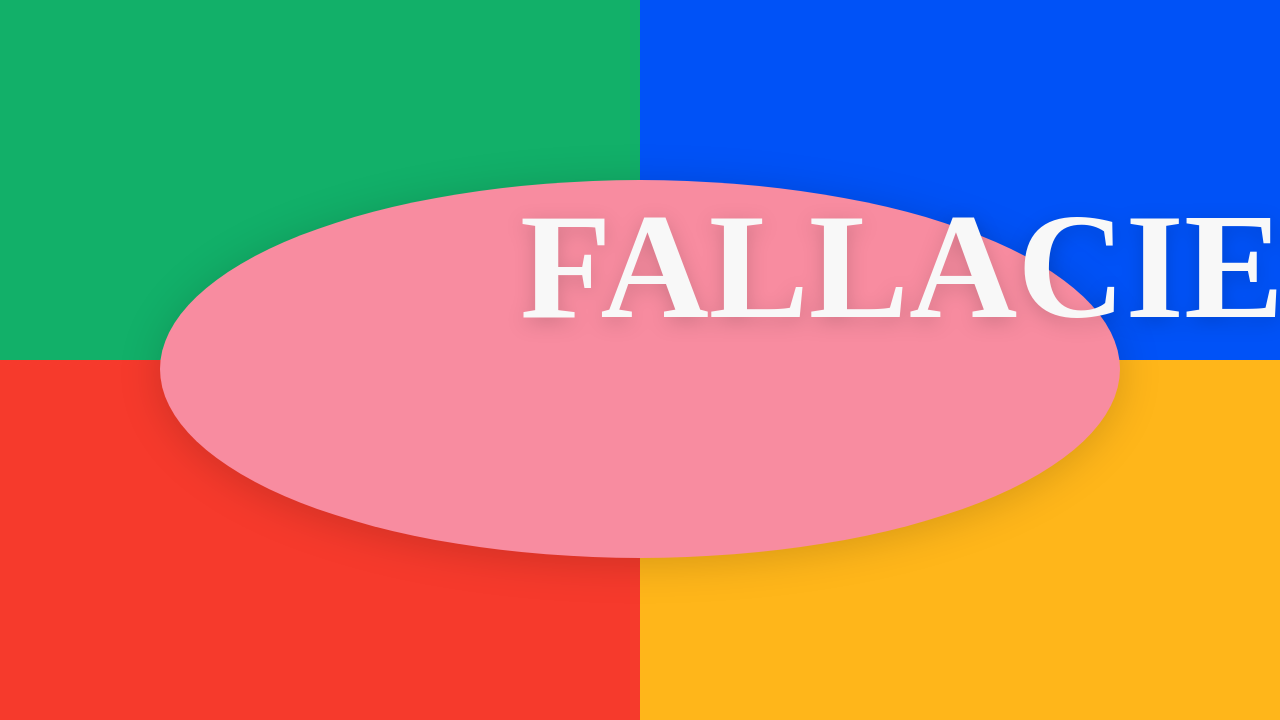
Repository: yafugray/fallacies
Page: project/Midterm project/index.html
An editor plug-in stored every save of this project. The page is shown before and after the next save, followed by the edit.
The browser window is 1280 px wide. The pictures show the whole page.

Above is the page before, as saved 2020-03-12 15:00:41.

### project/Midterm project/index.html
<!DOCTYPE html>
<html lang="en">
<head>
    <meta charset="UTF-8">
    <meta name="viewport" content="width=device-width, initial-scale=1.0">
    <title>Fallacies</title>
    <link href="app.css" rel="stylesheet">
</head>
<body>
    <div id="Mainpage">
        <div id="rec1"></div>
        <div id="rec2"></div>
        <div id="rec3"></div>
        <div id="rec4"></div>
        <div id="group1">
            <svg class="ellipse">
                <ellipse fill="rgba(248,140,160,1)" id="Ellipse_8" rx="75%" ry="75%" cx="50%" cy="75%">
                </ellipse>
            </svg>
            <div id="fallacies">
                <span>FALLACIES</span>
            </div>
        </div>
    </div>
</body>
</html>

### project/Midterm project/app.css
* {
    margin: 0;
    padding: 0;
    box-sizing: border-box;
    border: none;
}

#Mainpage {
    position: absolute;
    width: 100vw;
    height: 100vh;
    background-color: azure;
    overflow: hidden;
}
@keyframes fadein {

    0% {
        opacity: 0;
    }
    100% {
        opacity: 1;
    }

}

#rec1 {
	position: absolute;
	overflow: visible;
	width: 50vw;
	height: 50vh;
	left: 0px;
    top: 0px;
    background-color: rgba(18,176,105,1);
}
#rec4 {
	position: absolute;
	overflow: visible;
	width: 50vw;
	height: 50vh;
	left: 0px;
    bottom: 0px;
    background-color: rgba(246,58,44,1);
}
#rec2 {
	position: absolute;
	overflow: visible;
	width: 50vw;
	height: 50vh;
	right: 0px;
    top: 0px;
    background-color: rgba(0,82,247,1);
}
#rec3 {
	position: absolute;
	overflow: visible;
	width: 50vw;
	height: 50vh;
	right: 0px;
    bottom: 0px;
    background-color: rgba(255,182,26,1);
}

#group1 {
    position: absolute;
	width: 70vw;
	height: 35vh;
    left: 25%;
    right: 25%;
    top: 25%;
    bottom: 25%;
	overflow: visible;
	--web-animation: fadein 0.3s ease-out;
	--web-action-type: page;
	--web-action-target: custom___2.html;
	cursor: pointer;
}

.ellipse {
    filter: drop-shadow(0px 5px 20px rgba(0, 0, 0, 0.161));
	position: absolute;
	overflow: visible;
	width: 50vw;
	height: 35vh;
    left: 0px;
    right:0px;
    top: 0px;
    bottom: 0px;
}

#fallacies {
    filter: drop-shadow(0px 5px 10px rgba(0, 0, 0, 0.161));
    position: absolute;
    align-items: center;
    justify-content: center;
    right: 20%;
    left: 20%;
    width: 889px;
    overflow: visible;
    white-space: nowrap;
    text-align: center;
    font-family: TitlingGothicFB Narrow;
    font-style: normal;
    font-weight: bold;
    font-size: 150px;
    color: rgba(248,248,248,1);
}

After the next save:
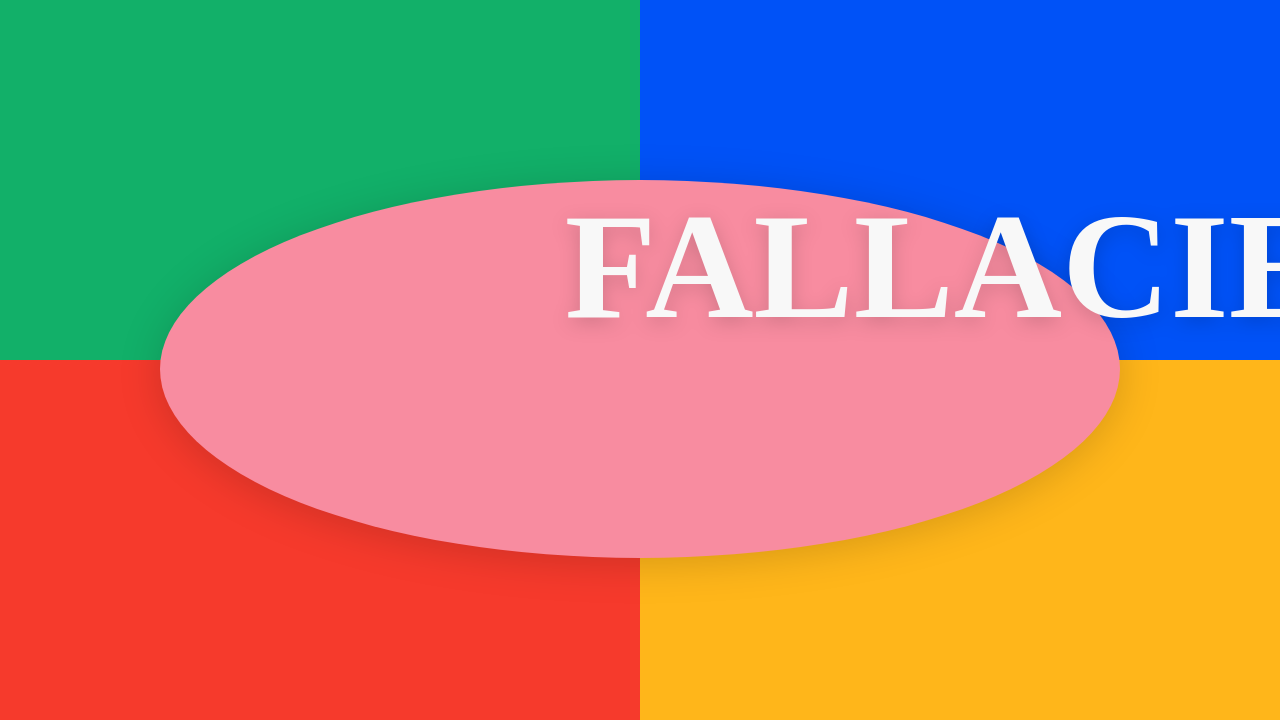
Saved 7 s later.
--- a/project/Midterm project/app.css
+++ b/project/Midterm project/app.css
@@ -92,8 +92,8 @@
     position: absolute;
     align-items: center;
     justify-content: center;
-    right: 20%;
-    left: 20%;
+    right: 25%;
+    left: 25%;
     width: 889px;
     overflow: visible;
     white-space: nowrap;
